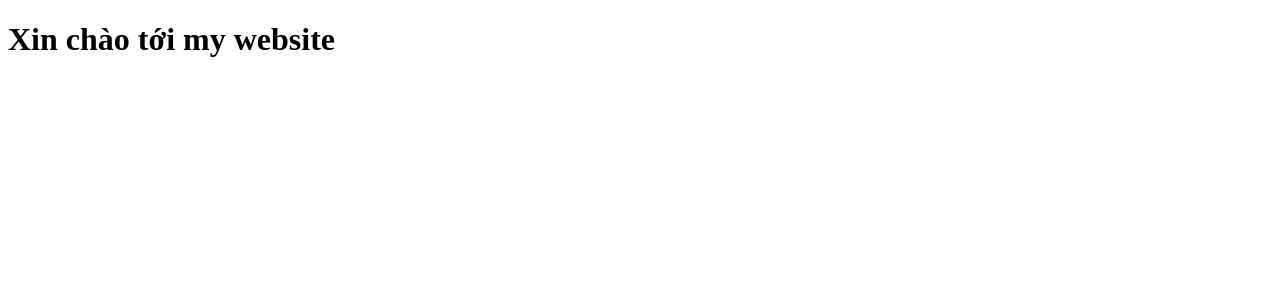
Repository: NgocTruong0701/Web_JSP_Servlet
Page: http://localhost/new-jdbc/views/admin/home.jsp
The author's editor kept a copy of each file at every save. The page is drawn from the files as they stood at one save, then again after the next save.
The browser window is 1280 px wide. The pictures show the whole page.
The page is served by Tomcat 9.

Above is the page before, as saved 2023-03-11 14:26:37.

After the next save:
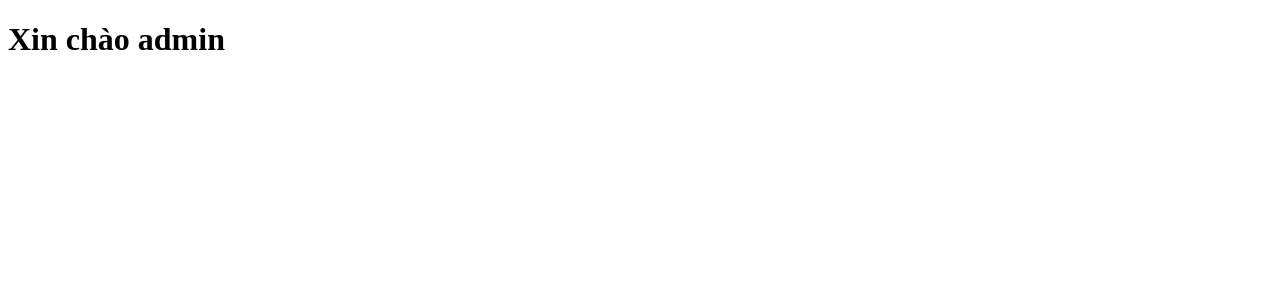
Saved 16 s later.
--- a/new-jdbc/src/main/webapp/views/admin/home.jsp
+++ b/new-jdbc/src/main/webapp/views/admin/home.jsp
@@ -7,6 +7,6 @@
 <title>Trang chủ</title>
 </head>
 <body>
-	<h1>Xin chào tới my website</h1>
+	<h1>Xin chào admin</h1>
 </body>
 </html>
